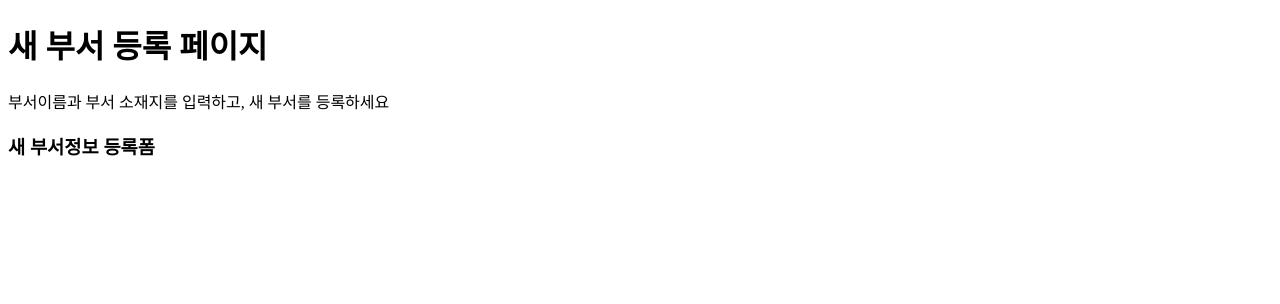
Repository: onuo77/HTA
Page: http://localhost/sample/hr/dept/form.jsp
These files come from the project's save history. The page is drawn as it stood at one moment and after the next save; the edit follows.
The browser window is 1280 px wide. The pictures show the whole page.
The page is served by Tomcat 9. Other server files are loaded and not shown.

Above is the page before, as saved 2021-05-21 05:10:42.

### java-web/sample/src/main/webapp/hr/dept/form.jsp
<%@ page language="java" contentType="text/html; charset=UTF-8"
    pageEncoding="UTF-8"%>
<!DOCTYPE html>
<html>
<head>
<meta charset="UTF-8">
<title>인사관리 :: 부서관리</title>
</head>
<body>
	<h1>새 부서 등록 페이지</h1>
	<p>부서이름과 부서 소재지를 입력하고, 새 부서를 등록하세요</p>

	<h3>새 부서정보 등록폼</h3>

</body>
</html>

After the next save:
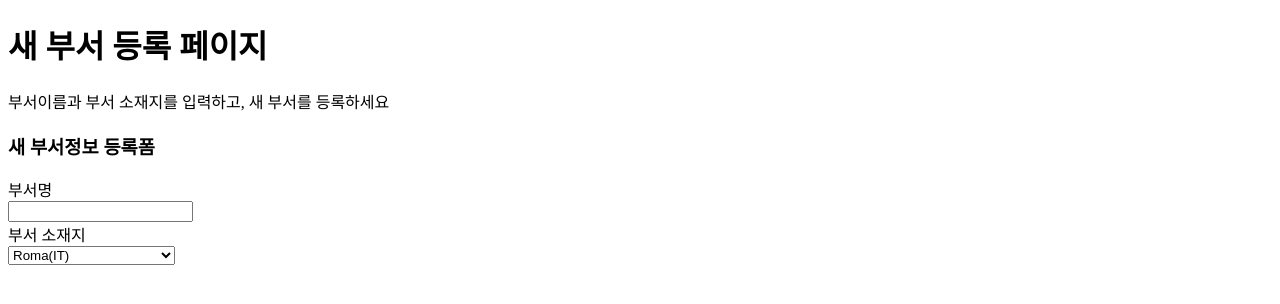
Saved 5 min 58 s later.
--- a/java-web/sample/src/main/webapp/hr/dept/form.jsp
+++ b/java-web/sample/src/main/webapp/hr/dept/form.jsp
@@ -11,6 +11,18 @@
 	<p>부서이름과 부서 소재지를 입력하고, 새 부서를 등록하세요</p>
 
 	<h3>새 부서정보 등록폼</h3>
-
+	<form method="post" action="add.jsp">
+		<label>부서명</label><br/>
+		<input type="text" name="name" /><br/>
+		<label>부서 소재지</label><br/>
+		<select name="locationId">
+			<option value="1000">Roma(IT)</option>
+			<option value="1100">Venice(IT)</option>
+			<option value="1200">Tokyo(IT)</option>
+			<option value="1300">Hiroshima(IT)</option>
+			<option value="1400">Southlake(IT)</option>
+			<option value="1500">South San Francisco(IT)</option>
+		</select>
+	</form>
 </body>
 </html>
